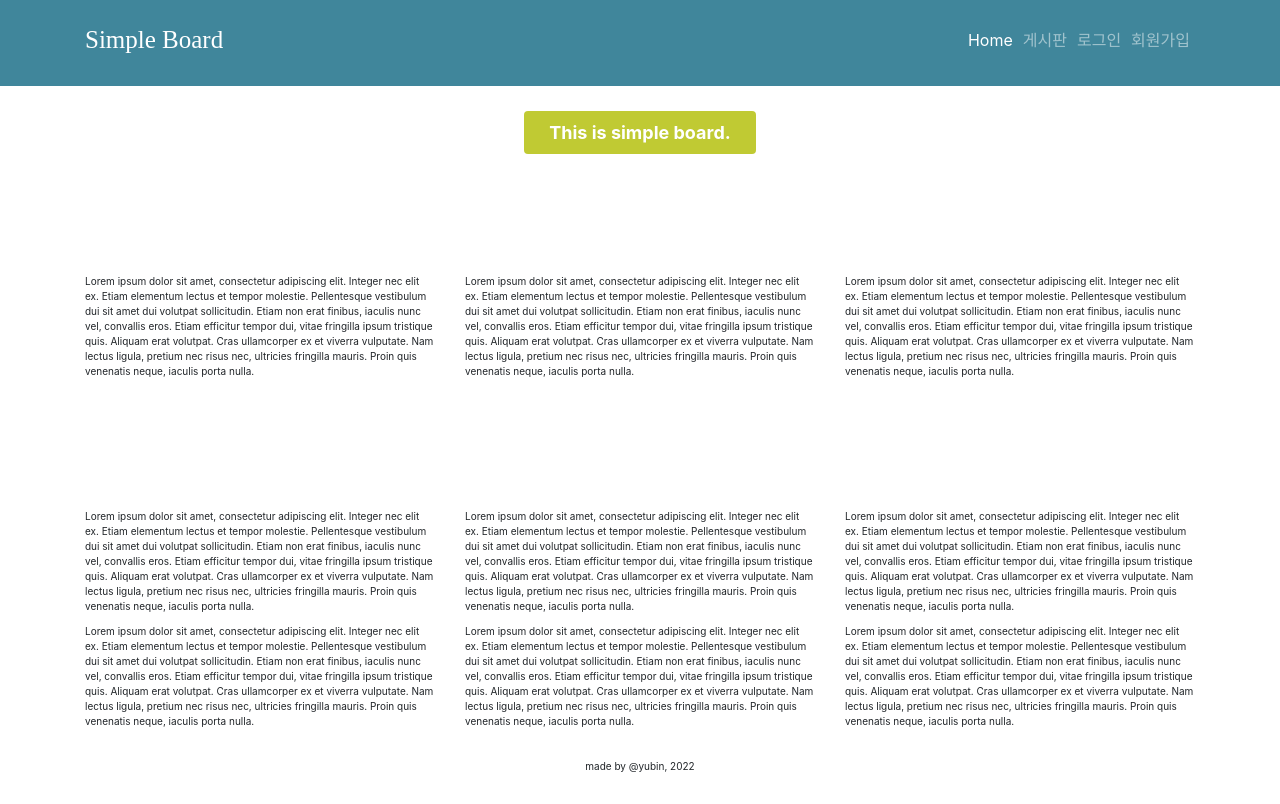
Repository: yubincho/simpleBoard
Page: http://localhost/demo/WEB-INF/views/index.jsp
The author's editor kept a copy of each file at every save. The page is drawn from the files as they stood at one save, then again after the next save.
The browser window is 1280 px wide. The pictures show the whole page.
Some web fonts or font styles are not loaded; a fallback is used. Some web libraries are served in a nearby version. The page is served by Tomcat 9. Nobody is signed in. Other server files are loaded and not shown. The template is opened directly, without the code that normally fills it, so the values that code supplies are empty.

Above is the page before, as saved 2022-10-17 20:27:33.

### demo/src/main/webapp/WEB-INF/views/index.jsp
<%@ page language="java" contentType="text/html; charset=UTF-8"
    pageEncoding="UTF-8"%>
<%@ taglib uri="http://java.sun.com/jsp/jstl/core" prefix="c" %>
<c:set var="contextPath" value="${pageContext.request.contextPath}"/>

<%@ include file="layout/header2.jsp" %>



<div class="banner">
		<div class="container">
			<h1></h1>

			<a href="#content" class="button button-primary">This is simple board.</a> <br/>

		</div>
	</div>
</header>


<main>
	<section id="content" class="content">
		<div class="container">
			<div class="row">
				<div class="col-md-4">
					<p>Lorem ipsum dolor sit amet, consectetur adipiscing elit. Integer nec elit ex. Etiam elementum lectus et tempor molestie. Pellentesque vestibulum dui sit amet dui volutpat sollicitudin. Etiam non erat finibus, iaculis nunc vel, convallis eros. Etiam efficitur tempor dui, vitae fringilla ipsum tristique quis. Aliquam erat volutpat. Cras ullamcorper ex et viverra vulputate. Nam lectus ligula, pretium nec risus nec, ultricies fringilla mauris. Proin quis venenatis neque, iaculis porta nulla. </p>
				</div>
				<div class="col-md-4">
					<p>Lorem ipsum dolor sit amet, consectetur adipiscing elit. Integer nec elit ex. Etiam elementum lectus et tempor molestie. Pellentesque vestibulum dui sit amet dui volutpat sollicitudin. Etiam non erat finibus, iaculis nunc vel, convallis eros. Etiam efficitur tempor dui, vitae fringilla ipsum tristique quis. Aliquam erat volutpat. Cras ullamcorper ex et viverra vulputate. Nam lectus ligula, pretium nec risus nec, ultricies fringilla mauris. Proin quis venenatis neque, iaculis porta nulla. </p>
				</div>
				<div class="col-md-4">
					<p>Lorem ipsum dolor sit amet, consectetur adipiscing elit. Integer nec elit ex. Etiam elementum lectus et tempor molestie. Pellentesque vestibulum dui sit amet dui volutpat sollicitudin. Etiam non erat finibus, iaculis nunc vel, convallis eros. Etiam efficitur tempor dui, vitae fringilla ipsum tristique quis. Aliquam erat volutpat. Cras ullamcorper ex et viverra vulputate. Nam lectus ligula, pretium nec risus nec, ultricies fringilla mauris. Proin quis venenatis neque, iaculis porta nulla. </p>
				</div>
			</div>
		</div>

	</section>
	<section id="content2" class="content2">
		<div class="container 2">
			<div class="row">
				<div class="col-md-4">
					<p>Lorem ipsum dolor sit amet, consectetur adipiscing elit. Integer nec elit ex. Etiam elementum lectus et tempor molestie. Pellentesque vestibulum dui sit amet dui volutpat sollicitudin. Etiam non erat finibus, iaculis nunc vel, convallis eros. Etiam efficitur tempor dui, vitae fringilla ipsum tristique quis. Aliquam erat volutpat. Cras ullamcorper ex et viverra vulputate. Nam lectus ligula, pretium nec risus nec, ultricies fringilla mauris. Proin quis venenatis neque, iaculis porta nulla. </p>
				</div>
				<div class="col-md-4">
					<p>Lorem ipsum dolor sit amet, consectetur adipiscing elit. Integer nec elit ex. Etiam elementum lectus et tempor molestie. Pellentesque vestibulum dui sit amet dui volutpat sollicitudin. Etiam non erat finibus, iaculis nunc vel, convallis eros. Etiam efficitur tempor dui, vitae fringilla ipsum tristique quis. Aliquam erat volutpat. Cras ullamcorper ex et viverra vulputate. Nam lectus ligula, pretium nec risus nec, ultricies fringilla mauris. Proin quis venenatis neque, iaculis porta nulla. </p>
				</div>
				<div class="col-md-4">
					<p>Lorem ipsum dolor sit amet, consectetur adipiscing elit. Integer nec elit ex. Etiam elementum lectus et tempor molestie. Pellentesque vestibulum dui sit amet dui volutpat sollicitudin. Etiam non erat finibus, iaculis nunc vel, convallis eros. Etiam efficitur tempor dui, vitae fringilla ipsum tristique quis. Aliquam erat volutpat. Cras ullamcorper ex et viverra vulputate. Nam lectus ligula, pretium nec risus nec, ultricies fringilla mauris. Proin quis venenatis neque, iaculis porta nulla. </p>
				</div>
			</div>
		</div>

	</section>
	<section id="content3" class="content3">
		<div class="container 3">
			<div class="row">
				<div class="col-md-4">
					<p>Lorem ipsum dolor sit amet, consectetur adipiscing elit. Integer nec elit ex. Etiam elementum lectus et tempor molestie. Pellentesque vestibulum dui sit amet dui volutpat sollicitudin. Etiam non erat finibus, iaculis nunc vel, convallis eros. Etiam efficitur tempor dui, vitae fringilla ipsum tristique quis. Aliquam erat volutpat. Cras ullamcorper ex et viverra vulputate. Nam lectus ligula, pretium nec risus nec, ultricies fringilla mauris. Proin quis venenatis neque, iaculis porta nulla. </p>
				</div>
				<div class="col-md-4">
					<p>Lorem ipsum dolor sit amet, consectetur adipiscing elit. Integer nec elit ex. Etiam elementum lectus et tempor molestie. Pellentesque vestibulum dui sit amet dui volutpat sollicitudin. Etiam non erat finibus, iaculis nunc vel, convallis eros. Etiam efficitur tempor dui, vitae fringilla ipsum tristique quis. Aliquam erat volutpat. Cras ullamcorper ex et viverra vulputate. Nam lectus ligula, pretium nec risus nec, ultricies fringilla mauris. Proin quis venenatis neque, iaculis porta nulla. </p>
				</div>
				<div class="col-md-4">
					<p>Lorem ipsum dolor sit amet, consectetur adipiscing elit. Integer nec elit ex. Etiam elementum lectus et tempor molestie. Pellentesque vestibulum dui sit amet dui volutpat sollicitudin. Etiam non erat finibus, iaculis nunc vel, convallis eros. Etiam efficitur tempor dui, vitae fringilla ipsum tristique quis. Aliquam erat volutpat. Cras ullamcorper ex et viverra vulputate. Nam lectus ligula, pretium nec risus nec, ultricies fringilla mauris. Proin quis venenatis neque, iaculis porta nulla. </p>
				</div>
			</div>
		</div>

	</section>
</main>

<!-- 실패 메세지를 출력(modal) -->
	<div id="myMessage" class="modal fade" role="dialog" >
	  <div class="modal-dialog">
	    <!-- Modal content-->
	    <div id="messageType" class="modal-content panel-info">
	      <div class="modal-header panel-heading">
	        <button type="button" class="close" data-dismiss="modal">&times;</button>
	        <h4 class="modal-title">${msgType}</h4>
	      </div>
	      <div class="modal-body">
	        <p>${msg}</p>
	      </div>
	      <div class="modal-footer">
	        <button type="button" class="btn btn-default" data-dismiss="modal">Close</button>
	      </div>
	    </div>
	  </div>
	</div>

    <script type="text/javascript">
$(document).ready(function(){
	if(${!empty msgType}){
 		$("#messageType").attr("class", "modal-content panel-success");
		$("#myMessage").modal("show");
	}
});


</script>
<%@ include file="layout/footer.jsp" %>

</body>
</html>

### demo/src/main/webapp/WEB-INF/views/layout/header2.jsp
<%@ page language="java" contentType="text/html; charset=UTF-8"
    pageEncoding="UTF-8"%>
<%@ taglib uri="http://java.sun.com/jsp/jstl/core" prefix="c" %>
<%@taglib uri="http://www.springframework.org/tags" prefix="spring"%>
<c:set var="contextPath" value="${pageContext.request.contextPath}"/>


<!DOCTYPE html>
<html>
<head>
<meta charset="utf-8">
<meta name="viewport" content="width=device-width, initial-scale=1, shrink-to-fit=no">
<title>Insert title here</title>
<link rel="stylesheet" href="<c:url value='/css/join.css'/>">
<link rel="stylesheet" href="https://cdn.jsdelivr.net/npm/bootstrap@4.0.0/dist/css/bootstrap.min.css"
integrity="sha384-Gn5384xqQ1aoWXA+058RXPxPg6fy4IWvTNh0E263XmFcJlSAwiGgFAW/dAiS6JXm" crossorigin="anonymous">
<link rel="icon" type="image/png" href="http://example.com/myicon.png">
<head profile="http://www.w3.org/2005/10/profile">

<script src="http://code.jquery.com/jquery-1.11.1.min.js" type="text/javascript"></script>

 <script type="text/javascript">
$(document).ready(function(){
	if(${!empty msgType}){
 		$("#messageType").attr("class", "modal-content panel-success");
		$("#myMessage").modal("show");
	}
});
</script>
</head>
<body>
<header class="header-area overlay">
    <nav class="navbar navbar-expand-md navbar-dark">
		<div class="container">
			<a href="#" class="navbar-brand">Simple Board</a>

			<button type="button" class="navbar-toggler collapsed" data-toggle="collapse" data-target="#main-nav">
				<span class="menu-icon-bar"></span>
				<span class="menu-icon-bar"></span>
				<span class="menu-icon-bar"></span>
			</button>

			<div id="main-nav" class="collapse navbar-collapse">
				<ul class="navbar-nav ml-auto">
					<li><a href="${contextPath}/home" class="nav-item nav-link active">Home</a></li>



					<li><a href="${contextPath}/board/boardList.do" class="nav-item nav-link">게시판</a></li>
					<c:if test="${empty mvo}" >
					<li><a href="${contextPath}/memLogin.do" class="nav-item nav-link">로그인</a></li>
					<li><a href="${contextPath}/memJoin.do" class="nav-item nav-link">회원가입</a></li>
					</c:if>
					<c:if test="${!empty mvo}" >
					<li class="dropdown">
							<c:if test="${mvo.memProfile eq ''}">
							<a href="#" class="nav-item nav-link" data-toggle="dropdown">
								<img src="${contextPath}/images/12.png"  style="width:25px; height:25px; border-radius:50%;"/>
									 ${mov.memName}님 방문을 환영합니다.</a>
									 <div class="dropdown-menu">
											<a href="#" class="dropdown-item">프로필사진등록</a>
											<a href="${contextPath}/memUpdate.do" class="dropdown-item">회원정보수정</a>
											<a href="${contextPath}/memLogout.do" class="dropdown-item">로그아웃</a>
									</div>
							</c:if>
							 <c:if test="${mvo.memProfile ne ''}">
							 <a href="#" class="nav-item nav-link" data-toggle="dropdown">
							 	<img src="${contextPath}/resources/upload/${mvo.memProfile}"  style="width:25px; height:25px; border-radius:50%;"/>
							 		 ${mov.memName}님 방문을 환영합니다.</a>
							 		<div class="dropdown-menu">
										<a href="#" class="dropdown-item">프로필사진등록</a>
										<a href="${contextPath}/memUpdate.do" class="dropdown-item">회원정보수정</a>
										<a href="${contextPath}/memLogout.do" class="dropdown-item">로그아웃</a>
									</div>
							</c:if>
						</li>
					</c:if>

				</ul>
			</div>
		</div>
	</nav>
</header>

### demo/src/main/webapp/WEB-INF/views/layout/footer.jsp
<%@ page language="java" contentType="text/html; charset=UTF-8"
    pageEncoding="UTF-8"%>
<%@ taglib uri="http://java.sun.com/jsp/jstl/core" prefix="c" %>


 <footer class="text-center" style="align-items: center; justify-content: center; padding: 20px;">
        <div class="inner">
          <p>made by @yubin, 2022</p>
        </div>
</footer>


<script src="https://code.jquery.com/jquery-3.2.1.min.js" ></script>
<script src="https://cdn.jsdelivr.net/npm/popper.js@1.12.9/dist/umd/popper.min.js" integrity="sha384-ApNbgh9B+Y1QKtv3Rn7W3mgPxhU9K/ScQsAP7hUibX39j7fakFPskvXusvfa0b4Q" crossorigin="anonymous"></script>
<script src="https://cdn.jsdelivr.net/npm/bootstrap@4.0.0/dist/js/bootstrap.min.js" integrity="sha384-JZR6Spejh4U02d8jOt6vLEHfe/JQGiRRSQQxSfFWpi1MquVdAyjUar5+76PVCmYl" crossorigin="anonymous"></script>
</body>
</html>

### demo/src/main/resources/static/css/join.css
@import url('https://fonts.googleapis.com/css?family=Open+Sans:400,700,800');
@import url('https://fonts.googleapis.com/css?family=Lobster');
html {
  font-size: 62.5%;
}
body {
  font-family: 'Open Sans', sans-serif;
  font-size: 1.6rem;
  font-weight: 400;
}
h1 {
  margin-bottom: 0.5em;
  font-size: 3.6rem;
}

.button {
  display: inline-block;
  margin-top: 20px;
  padding: 8px 25px;
  border-radius: 4px;
}
.button-primary {
  position: relative;
  background-color: #c0ca33;
  color: #fff;
  font-size: 1.8rem;
  font-weight: 700;
  transition: color 0.3s ease-in;
  z-index: 1;
}
.button-primary:hover {
  color: #c0ca33;
  text-decoration: none;
}
.button-primary::after {
  content: '';
  position: absolute;
  bottom: 0;
  left: 0;
  right: 0;
  top: 0;
  background-color: #fff;
  border-radius: 4px;
  opacity: 0;
  -webkit-transform: scaleX(0.8);
  -ms-transform: scaleX(0.8);
  transform: scaleX(0.8);
  transition: all 0.3s ease-in;
  z-index: -1;
}
.button-primary:hover::after {
  opacity: 1;
  -webkit-transform: scaleX(1);
  -ms-transform: scaleX(1);
  transform: scaleX(1);
}
.overlay::after {
  content: '';
  position: absolute;
  bottom: 0;
  left: 0;
  right: 0;
  top: 0;
  background-color: rgba(0, 0, 0, .3);
}
.header-area {
  position: relative;
  height: 12vh;
  background: #5bc0de;
  background-attachment: fixed;
  background-position: center center;
  background-repeat: no-repear;
  background-size: cover;
}
.banner {
  display: flex;
  align-items: center;
  position: relative;
  height: 100%;
  color: #fff;
  text-align: center;
  z-index: 1;
}
.banner h1 {
  font-weight: 800;
}
.banner p {
  font-weight: 700;
}
.navbar {
  position: absolute;
  left: 0;
  top: 0;
  padding: 0;
  width: 100%;
  transition: background 0.6s ease-in;
  z-index: 99999;
}
.navbar .navbar-brand {
  font-family: 'Lobster', cursive;
  font-size: 2.5rem;
}
.navbar .navbar-toggler {
  position: relative;
  height: 50px;
  width: 50px;
  border: none;
  cursor: pointer;
  outline: none;
}
.navbar .navbar-toggler .menu-icon-bar {
  position: absolute;
  left: 15px;
  right: 15px;
  height: 2px;
  background-color: #fff;
  opacity: 0;
  -webkit-transform: translateY(-1px);
  -ms-transform: translateY(-1px);
  transform: translateY(-1px);
  transition: all 0.3s ease-in;
}
.navbar .navbar-toggler .menu-icon-bar:first-child {
  opacity: 1;
  -webkit-transform: translateY(-1px) rotate(45deg);
  -ms-sform: translateY(-1px) rotate(45deg);
  transform: translateY(-1px) rotate(45deg);
}
.navbar .navbar-toggler .menu-icon-bar:last-child {
  opacity: 1;
  -webkit-transform: translateY(-1px) rotate(135deg);
  -ms-sform: translateY(-1px) rotate(135deg);
  transform: translateY(-1px) rotate(135deg);
}
.navbar .navbar-toggler.collapsed .menu-icon-bar {
  opacity: 1;
}
.navbar .navbar-toggler.collapsed .menu-icon-bar:first-child {
  -webkit-transform: translateY(-7px) rotate(0);
  -ms-sform: translateY(-7px) rotate(0);
  transform: translateY(-7px) rotate(0);
}
.navbar .navbar-toggler.collapsed .menu-icon-bar:last-child {
  -webkit-transform: translateY(5px) rotate(0);
  -ms-sform: translateY(5px) rotate(0);
  transform: translateY(5px) rotate(0);
}
.navbar-dark .navbar-nav .nav-link {
  position: relative;
  color: #fff;
  font-size: 1.6rem;
}
.navbar-dark .navbar-nav .nav-link:focus, .navbar-dark .navbar-nav .nav-link:hover {
  color: #fff;
}
.navbar .dropdown-menu {
  padding: 0;
  background-color: rgba(0, 0, 0, .9);
}
.navbar .dropdown-menu .dropdown-item {
  position: relative;
  padding: 10px 20px;
  color: #fff;
  font-size: 1.4rem;
  border-bottom: 1px solid rgba(255, 255, 255, .1);
  transition: color 0.2s ease-in;
}
.navbar .dropdown-menu .dropdown-item:last-child {
  border-bottom: none;
}
.navbar .dropdown-menu .dropdown-item:hover {
  background: transparent;
  color: #c0ca33;
}
.navbar .dropdown-menu .dropdown-item::before {
  content: '';
  position: absolute;
  bottom: 0;
  left: 0;
  top: 0;
  width: 5px;
  background-color: #c0ca33;
  opacity: 0;
  transition: opacity 0.2s ease-in;
}
.navbar .dropdown-menu .dropdown-item:hover::before {
  opacity: 1;
}
.navbar.fixed-top {
  position: fixed;
  -webkit-animation: navbar-animation 0.6s;
  animation: navbar-animation 0.6s;
  background-color: rgba(0, 0, 0, .9);
}
.navbar.fixed-top.navbar-dark .navbar-nav .nav-link.active {
  color: #c0ca33;
}
.navbar.fixed-top.navbar-dark .navbar-nav .nav-link::after {
  background-color: #c0ca33;
}
.content {
  padding: 120px 0;
}
@media screen and (max-width: 768px) {
  .navbar-brand {
    margin-left: 20px;
  }
  .navbar-nav {
    padding: 0 20px;
    background-color: rgba(0, 0, 0, .9);
  }
  .navbar.fixed-top .navbar-nav {
    background: transparent;
  }
}
@media screen and (min-width: 767px) {
  .banner {
    padding: 0 150px;
  }
  .banner h1 {
    font-size: 5rem;
  }
  .banner p {
    font-size: 2rem;
  }
  .navbar-dark .navbar-nav .nav-link {
    padding: 23px 15px;
  }
  .navbar-dark .navbar-nav .nav-link::after {
    content: '';
    position: absolute;
    bottom: 15px;
    left: 30%;
    right: 30%;
    height: 1px;
    background-color: #fff;
    -webkit-transform: scaleX(0);
    -ms-transform: scaleX(0);
    transform: scaleX(0);
    transition: transform 0.1s ease-in;
  }
  .navbar-dark .navbar-nav .nav-link:hover::after {
    -webkit-transform: scaleX(1);
    -ms-transform: scaleX(1);
    transform: scaleX(1);
  }
  .dropdown-menu {
    min-width: 200px;
    -webkit-animation: dropdown-animation 0.3s;
    animation: dropdown-animation 0.3s;
    -webkit-transform-origin: top;
    -ms-transform-origin: top;
    transform-origin: top;
  }
}
@-webkit-keyframes navbar-animation {
  0% {
    opacity: 0;
    -webkit-transform: translateY(-100%);
    -ms-transform: translateY(-100%);
    transform: translateY(-100%);
  }
  100% {
    opacity: 1;
    -webkit-transform: translateY(0);
    -ms-transform: translateY(0);
    transform: translateY(0);
  }
}
@keyframes navbar-animation {
  0% {
    opacity: 0;
    -webkit-transform: translateY(-100%);
    -ms-transform: translateY(-100%);
    transform: translateY(-100%);
  }
  100% {
    opacity: 1;
    -webkit-transform: translateY(0);
    -ms-transform: translateY(0);
    transform: translateY(0);
  }
}
@-webkit-keyframes dropdown-animation {
  0% {
    -webkit-transform: scaleY(0);
    -ms-transform: scaleY(0);
    transform: scaleY(0);
  }
  75% {
    -webkit-transform: scaleY(1.1);
    -ms-transform: scaleY(1.1);
    transform: scaleY(1.1);
  }
  100% {
    -webkit-transform: scaleY(1);
    -ms-transform: scaleY(1);
    transform: scaleY(1);
  }
}
@keyframes dropdown-animation {
  0% {
    -webkit-transform: scaleY(0);
    -ms-transform: scaleY(0);
    transform: scaleY(0);
  }
  75% {
    -webkit-transform: scaleY(1.1);
    -ms-transform: scaleY(1.1);
    transform: scaleY(1.1);
  }
  100% {
    -webkit-transform: scaleY(1);
    -ms-transform: scaleY(1);
    transform: scaleY(1);
  }
}

After the next save:
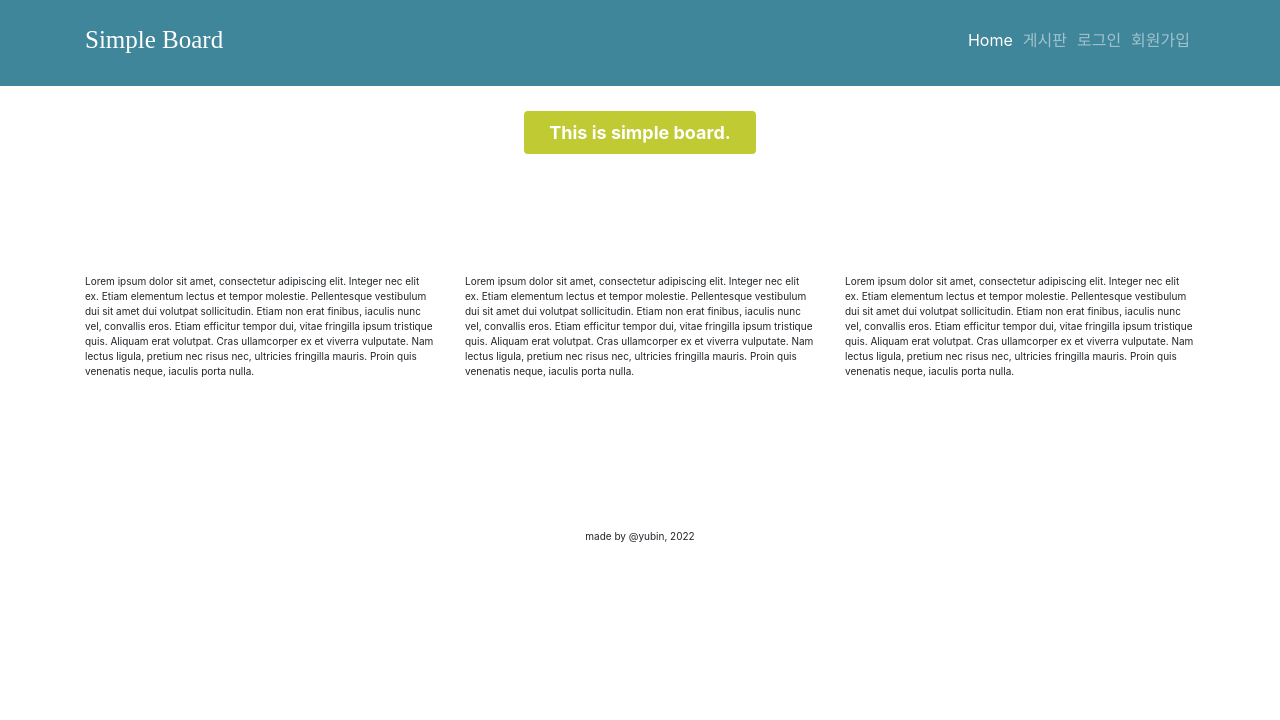
Saved 22 s later.
--- a/demo/src/main/webapp/WEB-INF/views/index.jsp
+++ b/demo/src/main/webapp/WEB-INF/views/index.jsp
@@ -35,38 +35,8 @@
 		</div>
 
 	</section>
-	<section id="content2" class="content2">
-		<div class="container 2">
-			<div class="row">
-				<div class="col-md-4">
-					<p>Lorem ipsum dolor sit amet, consectetur adipiscing elit. Integer nec elit ex. Etiam elementum lectus et tempor molestie. Pellentesque vestibulum dui sit amet dui volutpat sollicitudin. Etiam non erat finibus, iaculis nunc vel, convallis eros. Etiam efficitur tempor dui, vitae fringilla ipsum tristique quis. Aliquam erat volutpat. Cras ullamcorper ex et viverra vulputate. Nam lectus ligula, pretium nec risus nec, ultricies fringilla mauris. Proin quis venenatis neque, iaculis porta nulla. </p>
-				</div>
-				<div class="col-md-4">
-					<p>Lorem ipsum dolor sit amet, consectetur adipiscing elit. Integer nec elit ex. Etiam elementum lectus et tempor molestie. Pellentesque vestibulum dui sit amet dui volutpat sollicitudin. Etiam non erat finibus, iaculis nunc vel, convallis eros. Etiam efficitur tempor dui, vitae fringilla ipsum tristique quis. Aliquam erat volutpat. Cras ullamcorper ex et viverra vulputate. Nam lectus ligula, pretium nec risus nec, ultricies fringilla mauris. Proin quis venenatis neque, iaculis porta nulla. </p>
-				</div>
-				<div class="col-md-4">
-					<p>Lorem ipsum dolor sit amet, consectetur adipiscing elit. Integer nec elit ex. Etiam elementum lectus et tempor molestie. Pellentesque vestibulum dui sit amet dui volutpat sollicitudin. Etiam non erat finibus, iaculis nunc vel, convallis eros. Etiam efficitur tempor dui, vitae fringilla ipsum tristique quis. Aliquam erat volutpat. Cras ullamcorper ex et viverra vulputate. Nam lectus ligula, pretium nec risus nec, ultricies fringilla mauris. Proin quis venenatis neque, iaculis porta nulla. </p>
-				</div>
-			</div>
-		</div>
 
-	</section>
-	<section id="content3" class="content3">
-		<div class="container 3">
-			<div class="row">
-				<div class="col-md-4">
-					<p>Lorem ipsum dolor sit amet, consectetur adipiscing elit. Integer nec elit ex. Etiam elementum lectus et tempor molestie. Pellentesque vestibulum dui sit amet dui volutpat sollicitudin. Etiam non erat finibus, iaculis nunc vel, convallis eros. Etiam efficitur tempor dui, vitae fringilla ipsum tristique quis. Aliquam erat volutpat. Cras ullamcorper ex et viverra vulputate. Nam lectus ligula, pretium nec risus nec, ultricies fringilla mauris. Proin quis venenatis neque, iaculis porta nulla. </p>
-				</div>
-				<div class="col-md-4">
-					<p>Lorem ipsum dolor sit amet, consectetur adipiscing elit. Integer nec elit ex. Etiam elementum lectus et tempor molestie. Pellentesque vestibulum dui sit amet dui volutpat sollicitudin. Etiam non erat finibus, iaculis nunc vel, convallis eros. Etiam efficitur tempor dui, vitae fringilla ipsum tristique quis. Aliquam erat volutpat. Cras ullamcorper ex et viverra vulputate. Nam lectus ligula, pretium nec risus nec, ultricies fringilla mauris. Proin quis venenatis neque, iaculis porta nulla. </p>
-				</div>
-				<div class="col-md-4">
-					<p>Lorem ipsum dolor sit amet, consectetur adipiscing elit. Integer nec elit ex. Etiam elementum lectus et tempor molestie. Pellentesque vestibulum dui sit amet dui volutpat sollicitudin. Etiam non erat finibus, iaculis nunc vel, convallis eros. Etiam efficitur tempor dui, vitae fringilla ipsum tristique quis. Aliquam erat volutpat. Cras ullamcorper ex et viverra vulputate. Nam lectus ligula, pretium nec risus nec, ultricies fringilla mauris. Proin quis venenatis neque, iaculis porta nulla. </p>
-				</div>
-			</div>
-		</div>
 
-	</section>
 </main>
 
 <!-- 실패 메세지를 출력(modal) -->
